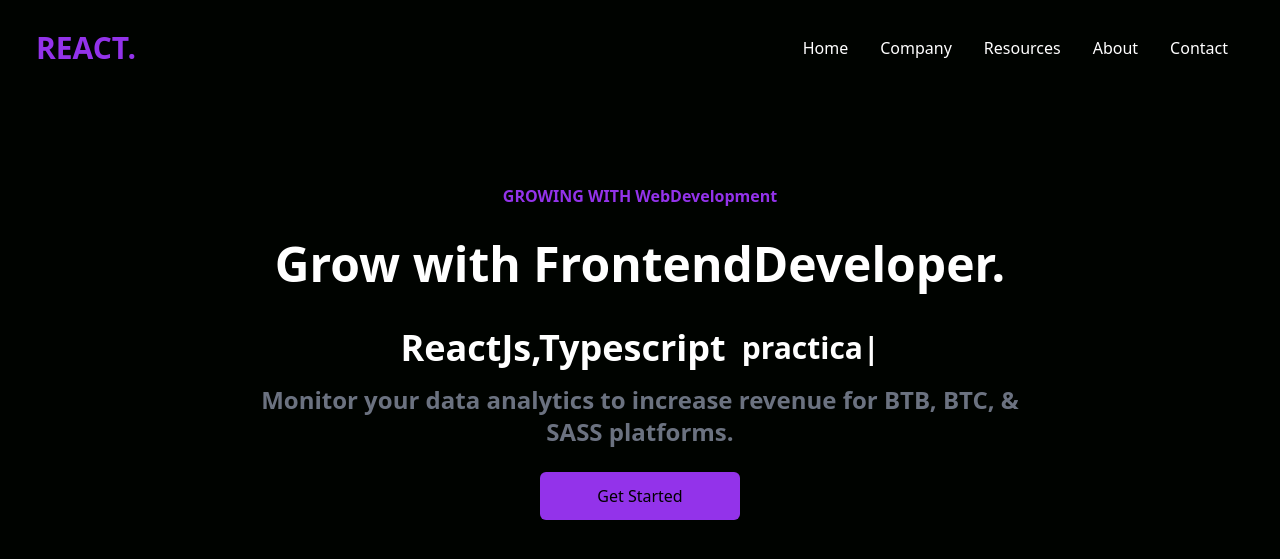
Repository: OmniaRafat232111121/tailwindreact
Page: /
An editor plug-in stored every save of this project. The page is shown before and after the next save, followed by the edit.
The browser window is 1280 px wide. The pictures show the whole page.
The project was rebuilt for these pictures with package versions that can differ from the ones it lists, and the page was loaded fresh each time.

Above is the page before, as saved 2022-09-11 02:17:26.

### src/index.js
import React from 'react';
import ReactDOM from 'react-dom/client';
import './index.css';
import App from './App';
import 'animate.css';
const root = ReactDOM.createRoot(document.getElementById('root'));
root.render(
  <React.StrictMode>
    <App />
  </React.StrictMode>
);

### src/App.js
import React from 'react';
// import Analytics from './components/Analytics';
// import Cards from './components/Cards';
// import Footer from './components/Footer';
 import Hero from './components/Hero';
import Navbar from './components/Navbar';
// import Newsletter from './components/Newsletter';

function App() {
  return (
    <div>
      <Navbar />
      <Hero/>
    </div>
  );
}

export default App;

### src/components/Hero.jsx
import React from 'react';
import Typed from 'react-typed';

const Hero = () => {
  return (
    <div className='text-white'>
      <div className='max-w-[800px] mt-[-96px] w-full h-screen mx-auto text-center flex flex-col justify-center'>
        <p className='text-purple-600 font-bold p-2'>
          GROWING WITH WebDevelopment
        </p>
        <h1 className='md:text-5xl sm:text-6xl text-4xl font-bold md:py-6'>
          Grow with FrontendDeveloper.
        </h1>
        <div className='flex justify-center items-center'>
          <p className='md:text-4xl sm:text-4xl text-xl font-bold py-4'>
            ReactJs,Typescript
          </p>
          <Typed
          className='md:text-3xl sm:text-4xl text-xl font-bold md:pl-4 pl-2'
            strings={['Hooks', 'practical', 'Formik','icons']}
            typeSpeed={120}
            backSpeed={140}
            loop
          />
        </div>
        <p className='md:text-2xl text-xl font-bold text-gray-500'>Monitor your data analytics to increase revenue for BTB, BTC, & SASS platforms.</p>
        <button className='bg-purple-600 w-[200px] rounded-md font-medium my-6 mx-auto py-3 text-black'>Get Started</button>
      </div>
    </div>
  );
};

export default Hero;

### src/components/Navbar.jsx
import React, { useState } from 'react';
import { AiOutlineClose, AiOutlineMenu } from 'react-icons/ai';

const Navbar = () => {
    const [nav, setNav] = useState(false);

    const handleNav = () => {
      setNav(!nav);
    };

  return (
    <div className=' animate__animated animate__animated animate__backInRight flex justify-around items-center  text-white h-24 max-w-[1240px] px-4 mx-auto'>
      <h1 className='w-full text-3xl font-bold text-purple-600'>REACT.</h1>
      <ul className='hidden md:flex'>
        <li className='p-4 border-purple-600  hover:border-b-2 '>Home</li>
        <li className='p-4 border-purple-600  hover:border-b-2'>Company</li>
        <li className='p-4 border-purple-600  hover:border-b-2 '>Resources</li>
        <li className='p-4 border-purple-600  hover:border-b-2'>About</li>
        <li className='p-4 border-purple-600  hover:border-b-2 '>Contact</li>
      </ul>
      <div onClick={handleNav} className='block md:hidden'>
      {nav ? <AiOutlineClose size={20}/> : <AiOutlineMenu size={20} />}
  </div>
  <div className='h-100% animate__animated animate__animated animate__animate__shakeX'>
  <ul className={nav ? 'fixed left-0 top-0 w-[50%] min-h-[50%] border-r border-r-gray-900 bg-[#000300] ease-in-out duration-500' : 'ease-in-out duration-500 fixed left-[-100%]'}>
  <h1 className='w-full text-3xl font-bold text-purple-600 m-4'>REACT.</h1>
      <li className='p-4  border-purple-600  hover:border-b-4'>Home</li>
      <li className='p-4  border-purple-600  hover:border-b-4'>Company</li>
      <li className='p-4  border-purple-600  hover:border-b-4'>Resources</li>
      <li className='p-4  border-purple-600  hover:border-b-4'>About</li>
      <li className='p-4'>Contact</li>
  </ul>
  </div>
</div>
  );
};

export default Navbar;

Loaded but not shown: public/index.html (common file); src/index.css (common file); tailwind.config.js (common file)

After the next save:
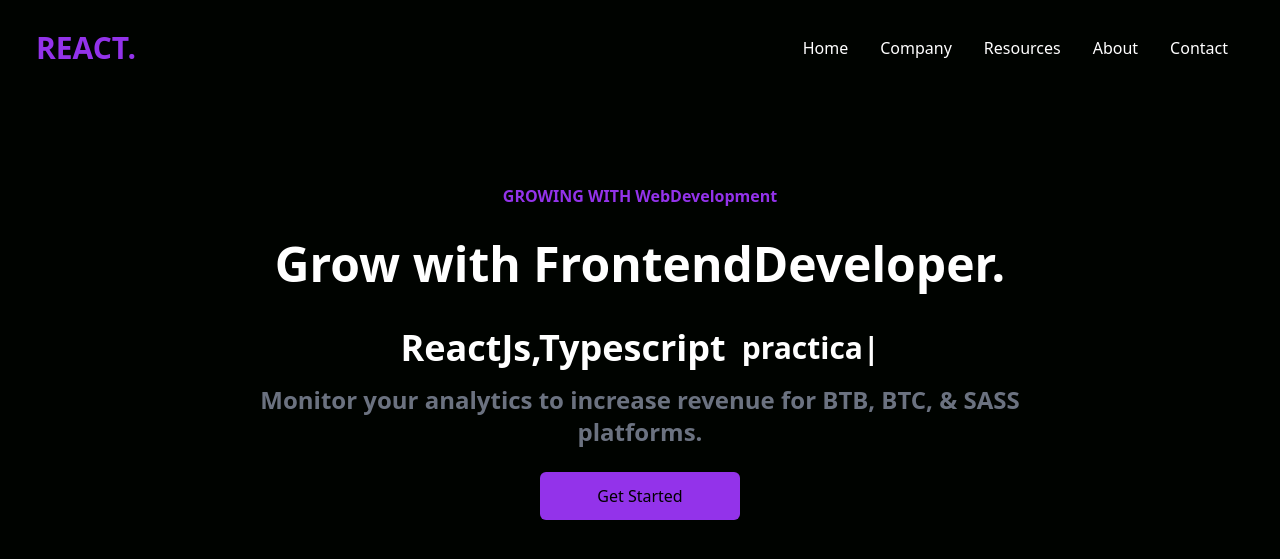
Saved 28 s later.
--- a/src/components/Hero.jsx
+++ b/src/components/Hero.jsx
@@ -23,7 +23,7 @@ const Hero = () => {
             loop
           />
         </div>
-        <p className='md:text-2xl text-xl font-bold text-gray-500'>Monitor your data analytics to increase revenue for BTB, BTC, & SASS platforms.</p>
+        <p className='md:text-2xl text-xl font-bold text-gray-500'>Monitor your  analytics to increase revenue for BTB, BTC, & SASS platforms.</p>
         <button className='bg-purple-600 w-[200px] rounded-md font-medium my-6 mx-auto py-3 text-black'>Get Started</button>
       </div>
     </div>
